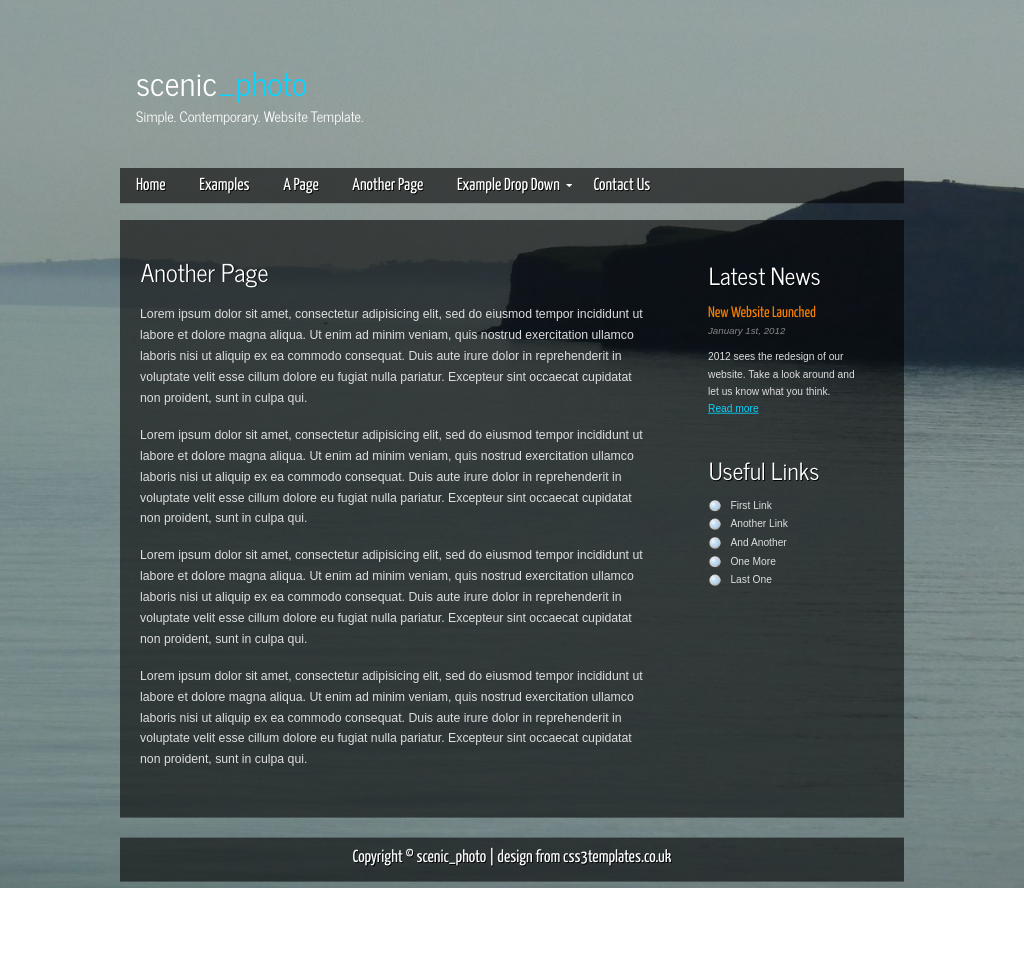
Repository: swe2013hotel2/grashopper
Page: workspaceJSP2/Grasshopper/WebContent/another_page.html
The author's editor kept a copy of each file at every save. The page is drawn from the files as they stood at one save, then again after the next save.
The browser window is 1280 px wide. The pictures show the whole page, at 80% of full size.
Backgrounds fixed to the window are drawn as part of the page.

Above is the page before, as saved 2013-12-17 15:41:19.

### workspaceJSP2/Grasshopper/WebContent/another_page.html
<!DOCTYPE HTML>
<html>

<head>
  <title>scenic_photo</title>
  <meta name="description" content="website description" />
  <meta name="keywords" content="website keywords, website keywords" />
  <meta http-equiv="content-type" content="text/html; charset=UTF-8" />
  <link rel="stylesheet" type="text/css" href="css/style.css" />
  <!-- modernizr enables HTML5 elements and feature detects -->
  <script type="text/javascript" src="js/modernizr-1.5.min.js"></script>
</head>

<body>
  <div id="main">
    <header>
      <div id="logo">
        <div id="logo_text">
          <!-- class="logo_colour", allows you to change the colour of the text -->
          <h1><a href="index.html">scenic<span class="logo_colour">_photo</span></a></h1>
          <h2>Simple. Contemporary. Website Template.</h2>
        </div>
      </div>
      <nav>
        <div id="menu_container">
          <ul class="sf-menu" id="nav">
            <li><a href="index.html">Home</a></li>
            <li><a href="examples.html">Examples</a></li>
            <li><a href="page.html">A Page</a></li>
            <li><a href="another_page.html">Another Page</a></li>
            <li><a href="#">Example Drop Down</a>
              <ul>
                <li><a href="#">Drop Down One</a></li>
                <li><a href="#">Drop Down Two</a>
                  <ul>
                    <li><a href="#">Sub Drop Down One</a></li>
                    <li><a href="#">Sub Drop Down Two</a></li>
                    <li><a href="#">Sub Drop Down Three</a></li>
                    <li><a href="#">Sub Drop Down Four</a></li>
                    <li><a href="#">Sub Drop Down Five</a></li>
                  </ul>
                </li>
                <li><a href="#">Drop Down Three</a></li>
                <li><a href="#">Drop Down Four</a></li>
                <li><a href="#">Drop Down Five</a></li>
              </ul>
            </li>
            <li><a href="contact.php">Contact Us</a></li>
          </ul>
        </div>
      </nav>
    </header>
    <div id="site_content">
      <div id="sidebar_container">
        <div class="sidebar">
          <h3>Latest News</h3>
          <h4>New Website Launched</h4>
          <h5>January 1st, 2012</h5>
          <p>2012 sees the redesign of our website. Take a look around and let us know what you think.<br /><a href="#">Read more</a></p>
        </div>
        <div class="sidebar">
          <h3>Useful Links</h3>
          <ul>
            <li><a href="#">First Link</a></li>
            <li><a href="#">Another Link</a></li>
            <li><a href="#">And Another</a></li>
            <li><a href="#">One More</a></li>
            <li><a href="#">Last One</a></li>
          </ul>
        </div>
      </div>
      <div class="content">
        <h1>Another Page</h1>
        <p>Lorem ipsum dolor sit amet, consectetur adipisicing elit, sed do eiusmod tempor incididunt ut labore et dolore magna aliqua. Ut enim ad minim veniam, quis nostrud exercitation ullamco laboris nisi ut aliquip ex ea commodo consequat. Duis aute irure dolor in reprehenderit in voluptate velit esse cillum dolore eu fugiat nulla pariatur. Excepteur sint occaecat cupidatat non proident, sunt in culpa qui.</p>
        <p>Lorem ipsum dolor sit amet, consectetur adipisicing elit, sed do eiusmod tempor incididunt ut labore et dolore magna aliqua. Ut enim ad minim veniam, quis nostrud exercitation ullamco laboris nisi ut aliquip ex ea commodo consequat. Duis aute irure dolor in reprehenderit in voluptate velit esse cillum dolore eu fugiat nulla pariatur. Excepteur sint occaecat cupidatat non proident, sunt in culpa qui.</p>
        <p>Lorem ipsum dolor sit amet, consectetur adipisicing elit, sed do eiusmod tempor incididunt ut labore et dolore magna aliqua. Ut enim ad minim veniam, quis nostrud exercitation ullamco laboris nisi ut aliquip ex ea commodo consequat. Duis aute irure dolor in reprehenderit in voluptate velit esse cillum dolore eu fugiat nulla pariatur. Excepteur sint occaecat cupidatat non proident, sunt in culpa qui.</p>
        <p>Lorem ipsum dolor sit amet, consectetur adipisicing elit, sed do eiusmod tempor incididunt ut labore et dolore magna aliqua. Ut enim ad minim veniam, quis nostrud exercitation ullamco laboris nisi ut aliquip ex ea commodo consequat. Duis aute irure dolor in reprehenderit in voluptate velit esse cillum dolore eu fugiat nulla pariatur. Excepteur sint occaecat cupidatat non proident, sunt in culpa qui.</p>
      </div>
    </div>
    <footer>
      <p>Copyright &copy; scenic_photo | <a href="http://www.css3templates.co.uk">design from css3templates.co.uk</a></p>
    </footer>
  </div>
  <p>&nbsp;</p>
  <!-- javascript at the bottom for fast page loading -->
  <script type="text/javascript" src="js/jquery.js"></script>
  <script type="text/javascript" src="js/jquery.easing-sooper.js"></script>
  <script type="text/javascript" src="js/jquery.sooperfish.js"></script>
  <script type="text/javascript">
    $(document).ready(function() {
      $('ul.sf-menu').sooperfish();
    });
  </script>
</body>
</html>

### workspaceJSP2/Grasshopper/WebContent/css/style.css
@font-face {
  font-family: Yanone Kaffeesatz;
    src: url('../fonts/YanoneKaffeesatz-Regular.eot');
    src: local("Yanone Kaffeesatz"), url('../fonts/YanoneKaffeesatz-Regular.ttf');
}

@font-face {
  font-family: News Cycle;
    src: url('../fonts/NewsCycle-Regular.eot');
    src: local("News Cycle"), url('../fonts/NewsCycle-Regular.ttf');
}

html {
  height: 100%;
}

* {
  margin: 0;
  padding: 0;
}

/* tell the browser to render HTML 5 elements as block */
article, aside, figure, footer, header, hgroup, nav, section {
  display:block;
}

body {
  font: normal .80em arial, sans-serif;
  background: #FFF url(../images/back.jpg) no-repeat center fixed;
  color: #DDD;
}

p {
  padding: 0 0 20px 0;
  line-height: 1.7em;
}

img {
  border: 0;
}

h1, h2, h3, h4, h5, h6 {
  color: #362C20;
  letter-spacing: 0em;
  padding: 0 0 5px 0;
}

h1, h2, h3 {
  font: normal 140% arial, sans-serif;
  margin: 0 0 15px 0;
  padding: 15px 0 5px 0;
  color: #FFF;
}

h2 {
  font-size: 160%;
  padding: 9px 0 5px 0;
  color: #F67F00;
}

h3 {
  font-size: 140%;
  padding: 5px 0 0 0;
}

h4, h6 {
  color: #F67F00;
  padding: 0 0 5px 0;
  font: normal 150% 'Yanone kaffeesatz', arial, sans-serif;
}

h5, h6 {
  color: #888;
  font: italic 95% arial, sans-serif;
  letter-spacing: normal;
  padding: 0 0 15px 0;
}

a, a:hover {
  outline: none;
  text-decoration: underline;
  color: #09D4FF;
}

a:hover {
  text-decoration: none;
}

blockquote {
  margin: 20px 0;
  padding: 10px 20px 0 20px;
  border: 1px solid #E5E5DB;
  background: #FFF;
}

ul {
  margin: 2px 0 22px 17px;
}

ul li {
  list-style-type: circle;
  margin: 0 0 6px 0;
  padding: 0 0 4px 5px;
  line-height: 1.5em;
}

ol {
  margin: 8px 0 22px 20px;
}

ol li {
  margin: 0 0 11px 0;
}

.left {
  float: left;
  width: auto;
  margin-right: 10px;
}

.right {
  float: right;
  width: auto;
  margin-left: 10px;
}

.center {
  display: block;
  text-align: center;
  margin: 20px auto;
}

#main, nav, #container, #logo, #site_content, footer {
  margin-left: auto;
  margin-right: auto;
}

#main {
  margin: 50px auto;
  width: 980px;
  padding-bottom: 30px;
}

header {
  background: transparent;
  height: 225px;

}

#logo {
  width: 330px;
  float: left;
  height: 100px;
  color: #888;
  padding: 20px;
  margin-bottom: 20px;
}

#logo h1, #logo h2 {
  font: normal 320% 'News Cycle', arial, sans-serif;
  border-bottom: 0;
  text-transform: none;
  margin: 0;
}

#logo_text h1, #logo_text h1 a, #logo_text h1 a:hover {
  padding: 0;
  color: #FFF;
  text-decoration: none;
}

#logo_text h1 a .logo_colour {
  color: #09D4FF;
}

#logo_text a:hover .logo_colour {
  color: #FFF;
}

#logo_text h2 {
  font-size: 140%;
  padding: 0 0 0 0;
  color: #FFF;
}

nav {
  float: left;
  height: 44px;
  width: 980px;
  margin: 0 auto 0 auto;
  color: #FFF;
  background: transparent url(../images/transparent.png);
}

#menu_container {
  width: 980px;
  margin: 0 auto 0 auto;
}




#site_content {
  width: 930px;
  overflow: hidden;
  margin: 0px auto 0 auto;
  padding: 25px;
  background: transparent url(../images/transparent.png);
}

#sidebar_container {
  float: right;
  width: 224px;
  padding: 20px 5px 0 0;
}


.sidebar {
  float: right;
  width: 200px;
  margin: 0 0 17px 0;
  padding: 0 15px 5px 13px;
}

.sidebar h3, .content h1 {
  padding: 0 15px 20px 0;
  font: 200% 'News Cycle', arial, sans-serif;
  text-shadow:  #000 1px 1px;
  margin: 0 1px;
  color: #FFF;
}

.sidebar h3 {
  padding: 0 15px 14px 0;
  color: #FFF;
  font: 230% 'News Cycle', arial, sans-serif;
}

.sidebar ul {
  margin: 0 0 15px 0;
}

.sidebar li a, .sidebar li a:hover {
  color: #DDD;
  text-decoration: none;
}

.sidebar li a:hover {
  text-decoration: underline;
}

.sidebar_item, .content_item {
  padding: 15px 0;
}

.paperclip {
  float: left;
  position: relative;
  z-index: 0;
  vertical-align: middle;
  margin: -15px 0 -60px -40px;
}

.content {
  text-align: left;
  width: 630px;
  margin: 0 0 15px 0;
  float: left;
  font-size: 120%;
  padding: 14px 0 0 0;
}

.content ul {
  margin: 2px 0 22px 0px;
}

.content ul li, .sidebar ul li {
  list-style-type: none;
  background: url(../images/bullet.png) no-repeat;
  margin: 0 0 0 0;
  padding: 0 0 4px 28px;
  line-height: 1.5em;
}

.register_menu_container {
  text-align: left;
  width: 630px;
  margin: 0 0 15px 0;
  float: left;
  font-size: 120%;
  padding: 14px 0 0 0;
}


.register_menu_container ul{
  margin: 2px 0 22px 0px;
}

.register_menu_container ul li{
  list-style-type: none;
  margin: 0 0 0 0;
  padding: 0 0 4px 28px;
  line-height: 1.5em;
}

footer {
  width: 980px;
  font: 170% 'Yanone Kaffeesatz', arial, sans-serif;
  text-shadow: 1px 1px #000;
  height: 30px;
  padding: 5px 0 20px 0;
  text-align: center;
  color: #FFF;
  margin-top: 25px;
  background: transparent url(../images/transparent.png);
}

footer p {
  line-height: 1.7em;
  padding: 0 0 10px 0;
}

footer a {
  color: #FFF;
  text-decoration: none;
}

footer a:hover {
  color: #FFF;
  text-decoration: underline;
}

.form_settings {
  margin: 15px 0 0 0;
}


.form_settings p {
  padding: 0 0 4px 0;
}

.form_settings span {
  float: left;
  width: 200px;
  text-align: left;
}

.form_settings input, .form_settings textarea {
  padding: 5px;
  width: 299px;
  font: 100% arial;
  border: 1px solid #C6E7F0;
  background: #EFF8FB;
  color: #47433F;
  border-radius: 7px 7px 7px 7px;
  -moz-border-radius: 7px 7px 7px 7px;
  -webkit-border: 7px 7px 7px 7px;
}

.form_settings .submit {
  font: 140% 'Yanone Kaffeesatz', arial, sans-serif;
  border: 0;
  width: 99px;
  margin: 0 0 0 212px;
  height: 33px;
  padding: 2px 0 3px 0;
  cursor: pointer;
  background: #1EC9F4;
  -webkit-border-radius: .5em .5em .5em .5em ;
  -moz-border-radius: .5em .5em .5em .5em ;
  border-radius: .5em .5em .5em .5em ;
  -webkit-box-shadow: 0 1px 2px rgba(0,0,0,.2);
  -moz-box-shadow: 0 1px 2px rgba(0,0,0,.2);
  box-shadow: 0 1px 2px rgba(0,0,0,.2);
  color: #FFF;
  border: solid 1px #0D8AA9;
  background: #46C4DD;
  background: -webkit-gradient(linear, left top, left bottom, from(#63CFDF), to(#17B2D9));
  background: -moz-linear-gradient(top,  #63CFDF,  #17B2D9);
  text-shadow: 1px 1px #178497;
}

.form_settings textarea, .form_settings select {
  font: 100% arial;
  width: 299px;
}

.form_settings select {
  width: 310px;
}



.form_settings .checkbox {
  margin: 4px 0;
  padding: 0;
  width: 14px;
  border: 0;
  background: none;
}

.separator {
  width: 100%;
  height: 0;
  border-top: 1px solid #D9D5CF;
  border-bottom: 1px solid #FFF;
  margin: 0 0 20px 0;
}

table {
  margin: 10px 0 30px 0;
}

table tr th, table tr td {
  background: #70D4E6;
  color: #FFF;
  padding: 7px 4px;
  text-align: left;
}

table tr td {
  background: #D3F2F7;
  color: #47433F;
  border-top: 1px solid #FFF;
}





/**
Stylesheet for SooperFish by www.SooperThemes.com
Author: Jurriaan Roelofs
**/

/* Configuration of menu width */
html body ul.sf-menu ul,html body ul.sf-menu ul li {
  width: 200px;
}

html body ul.sf-menu ul ul {
  margin: 0 0 0 200px;
}

/* Framework for proper showing/hiding/positioning */
ul.sf-menu,ul.sf-menu * {
  margin: 0;
  padding: 0;
}

ul.sf-menu {
  display: block;
  position: relative;
}

ul.sf-menu li {
  display: block;
  list-style: none;
  float: left;
  position: relative;
}

ul.sf-menu li:hover {
  visibility: inherit; /* fixes IE7 'sticky bug' */
}

ul.sf-menu a {
  display: block;
  position: relative;
}

ul.sf-menu ul {
  position: absolute;
  left: 0;
  width: 150px;
  top: auto;
  left: -999999px;
}

ul.sf-menu ul a {
  zoom: 1; /* IE6/7 fix */
}

ul.sf-menu ul li {
  float: left; /* Must always be floated otherwise there will be a rogue 1px margin-bottom in IE6/7 */
  width: 150px;
}

ul.sf-menu ul ul {
  top: 0;
  margin: 0 0 0 150px;
}

ul.sf-menu li:hover ul,ul.sf-menu li:focus ul,ul.sf-menu li.sf-hover ul,
ul.sf-menu ul li:hover ul,ul.sf-menu ul li:focus ul,ul.sf-menu ul li.sf-hover ul,
ul.sf-menu ul ul li:hover ul,ul.sf-menu ul ul li:focus ul,ul.sf-menu ul ul li.sf-hover ul,
ul.sf-menu ul ul ul li:hover ul,ul.sf-menu ul ul ul li:focus ul,ul.sf-menu ul ul ul li.sf-hover ul {
  left: auto;
}

ul.sf-menu li:hover ul ul,ul.sf-menu li:focus ul ul,ul.sf-menu li.sf-hover ul ul,
ul.sf-menu ul li:hover ul ul,ul.sf-menu ul li:focus ul ul,ul.sf-menu ul li.sf-hover ul ul,
ul.sf-menu ul ul li:hover ul ul,ul.sf-menu ul ul li:focus ul ul,ul.sf-menu ul ul li.sf-hover ul ul,
ul.sf-menu ul ul ul li:hover ul ul,ul.sf-menu ul ul ul li:focus ul ul,ul.sf-menu ul ul ul li.sf-hover ul ul {
  left: -999999px;
}

/* autoArrows CSS */
span.sf-arrow {
  width: 7px;
  height: 7px;
  position: absolute;
  top: 20px;
  right: 5px;
  display: block;
  background: url(../images/arrows-white.png) no-repeat 0 0;
  overflow: hidden; /* making sure IE6 doesn't overflow and expand the box */
  font-size: 1px;
}

ul ul span.sf-arrow {
  right: 10;
  top: 20px;
  background-position: 0 100%;
}

/* Theming the menu */
ul#nav {
  float: left;
}

ul#nav ul {
  background: #0DBBD5;
  margin-top: 5px;
  padding-bottom: 15px;
}

ul#nav li a {
  padding:7px 20px 6px 20px;
  font: 170% 'Yanone Kaffeesatz', arial, sans-serif;
  text-shadow: 1px 1px #000;
  text-decoration: none;
  color: #FFF;
  margin-right: 2px;
}

ul#nav li a.highlighted {
  padding:7px 20px 6px 20px;
  font: 170% 'Yanone Kaffeesatz', arial, sans-serif;
  text-shadow: 1px 1px #000;
  text-decoration: none;
  color: #F67F00;
  margin-right: 2px;
}




ul#nav li a:hover,ul#nav li a:focus {
  color: #0DBBD5;
  text-shadow: none;
}

ul#nav ul li a:hover,ul#nav ul li a:focus {
  color: #222;
  text-shadow: none;
}



/* Theming the menu */
ul#nav2 {
  float: left;
}

ul#nav2 ul {
  background: #0DBBD5;
  margin-top: 5px;
  padding-bottom: 15px;
}

ul#nav2 li a {
  padding:7px 20px 6px 20px;
  font: 170% 'Yanone Kaffeesatz', arial, sans-serif;
  text-shadow: 1px 1px #000;
  text-decoration: none;
  color: #FFF;
  margin-right: 2px;
}

ul#nav2 li a.highlighted {
  padding:7px 20px 6px 20px;
  font: 170% 'Yanone Kaffeesatz', arial, sans-serif;
  text-shadow: 1px 1px #000;
  text-decoration: none;
  color: #F67F00;
  margin-right: 2px;
}

.highlighted{
	color: #F67F00;
}

ul#nav2 li a:hover,ul#nav li a:focus {
  color: #0DBBD5;
  text-shadow: none;
}

ul#nav2 ul li a:hover,ul#nav ul li a:focus {
  color: #222;
  text-shadow: none;
}





div#result_row{
	width: 600px;
	height: 120px;
	color: #888;
	padding: 0px;
	margin-bottom: 0px;
}

.resultcolumn img{
	height: 90px;
	width: auto;
	padding: 5px;
}
div.resultcolumn{
	float: left;
	height: 100px;
	width: 30%;
	padding: 10px;
}



div#result_row ul {
	height: 50px;
	width: auto;
	padding: 0 0 0 0;
}

.result_column ul {
	height: 50px;
	width: 80px;
	padding: 0 0 0 0;
	text-align: center;
}

.result_column h2 {
	font-size: 140%;
	padding: 0 0 0 0;
	padding-bottom: 0px;
	margin-left: 20px;
}

.result_column a{
	text-decoration: none;
	color: black;
	font-weight: bold;
}

.result_column ul li{
	text-decoration: none;
	list-style: none;
	witdh: 30px;
	height: 15px;
	color: #b97801;
	border-style: solid;
	border-color: orange;
	border-radius: 3px;
	background-color: orange;
}

#detail_foto{
	float: left;
	height: 240px;
	width: 50%;
	padding: 0 0 0 0 ;
	margin-top: 20px;
}

#detail_foto img{
	width: 80%;
	height: auto;
	padding:0 0 0 0;
}

#detail_summary{
	float: left;
	height: 240px;
	width: 50%;
	margin-top: 20px;
}

a.actionbutton{
	text-decoration: none;
	float: right;
	padding: 5px;
	background-color: orange;
	margin: 10px;
	color: black;
	border-radius: 3px;
}
a.actionbutton{
	text-decoration: none;
	float: left;
	padding: 5px;
	background-color: orange;
	margin: 10px;
	color: black;
	border-radius: 3px;
}
a.deactivatedbutton{
	text-decoration: none;
	float: left;
	padding: 5px;
	background-color: lightgrey;
	margin: 10px;
	color: grey;
	border-radius: 3px;
}

div.statistic_bar
{
	background-color: blue;
	height: 15px;
	padding-top:2px;
	padding-bottom:2px;
}

#description_container{
	float: left;
	width: 95%;
	margin-top: 20px;
	margin-left: 20px;
}

Loaded but not shown: workspaceJSP2/Grasshopper/WebContent/js/modernizr-1.5.min.js (library); workspaceJSP2/Grasshopper/WebContent/js/jquery.js (library); workspaceJSP2/Grasshopper/WebContent/js/jquery.easing-sooper.js (library); workspaceJSP2/Grasshopper/WebContent/js/jquery.sooperfish.js (library)

After the next save:
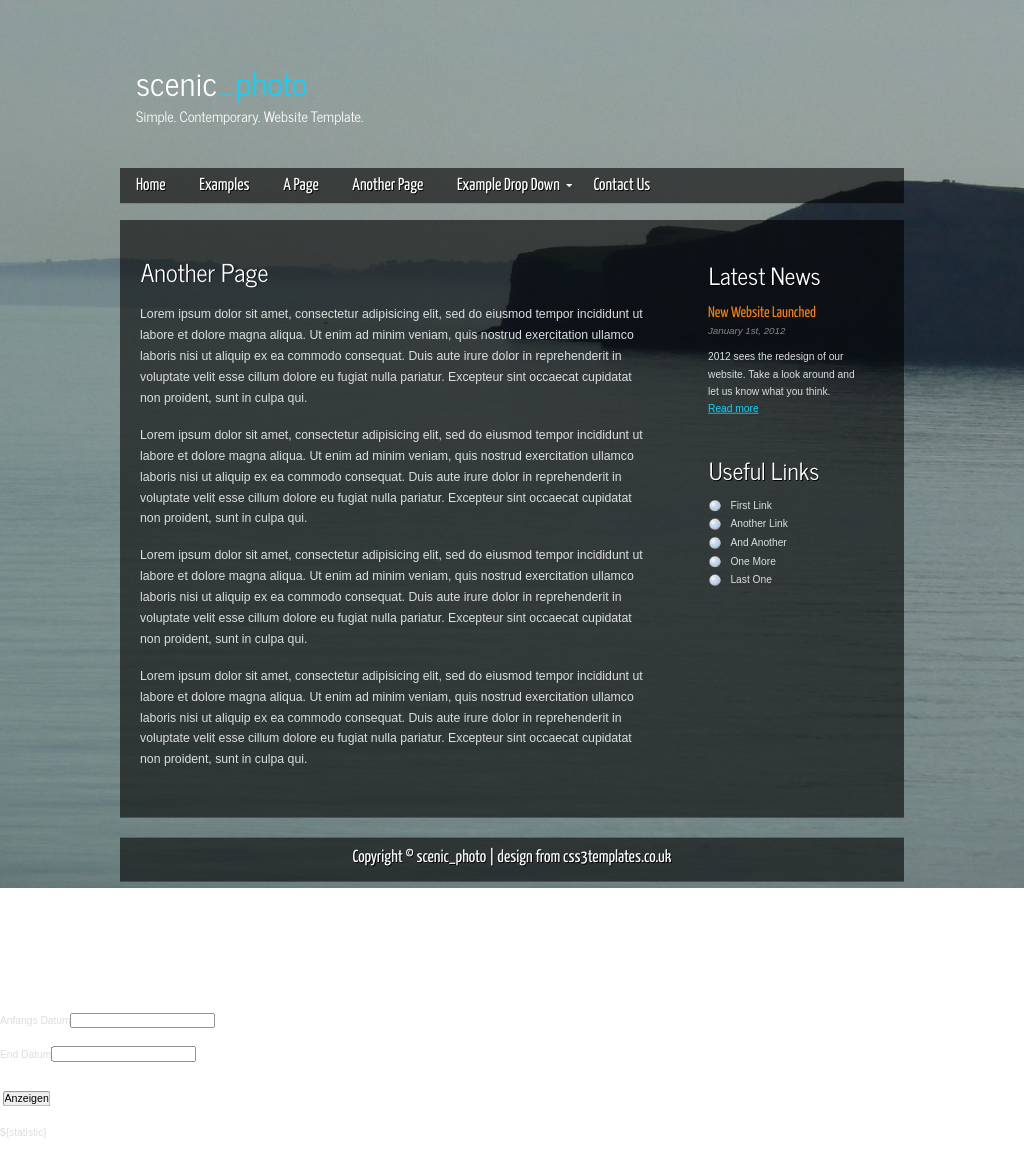
Saved 19 s later.
--- a/workspaceJSP2/Grasshopper/WebContent/another_page.html
+++ b/workspaceJSP2/Grasshopper/WebContent/another_page.html
@@ -93,3 +93,12 @@
   </script>
 </body>
 </html>
+
+<form name="TVBAnsicht" action="TVBAnsicht" method="post">
+		<h3>Raum Buchungen für gewünschten Zeitraum anzeigen:</h3>
+		<p><span>Anfangs Datum</span><input type="text" name="bd" value="" /></p>
+		<p><span>End Datum</span><input type="text" name="ed" value="" /></p>
+
+        <p style="padding-top: 15px"><span>&nbsp;</span><input class="submit" type="submit" name="name" value="Anzeigen" /></p>
+		<p>${statistic}</p>
+	</form>
